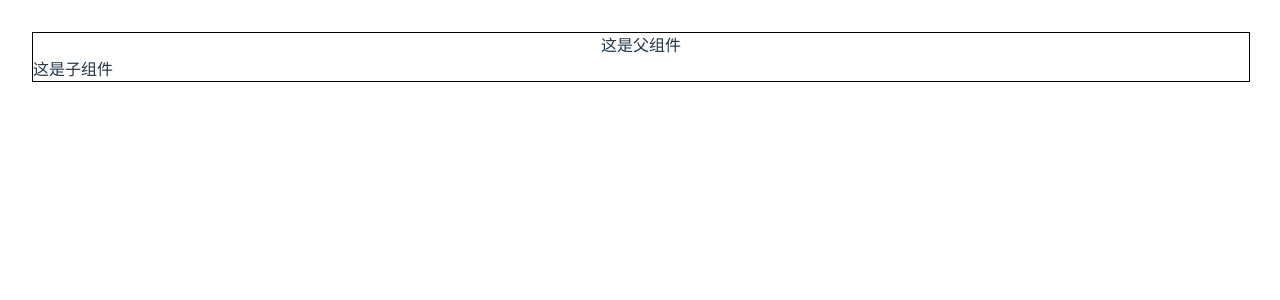
Repository: LeeypOR/management-system
Page: /
The author's editor kept a copy of each file at every save. The page is drawn from the files as they stood at one save, then again after the next save.
The browser window is 1280 px wide. The pictures show the whole page.
The project was rebuilt for these pictures with package versions that can differ from the ones it lists, and the page was loaded fresh each time. Also part of the build but not shown: vite.config.ts.

Above is the page before, as saved 2023-02-22 16:07:53.
Console error: SyntaxError: Cannot use import statement outside a module

### index.html
<!DOCTYPE html>
<html lang="en">
  <head>
    <meta charset="UTF-8" />
    <link rel="icon" type="image/svg+xml" href="/vite.svg" />
    <script text="module" charset="UTF-8" src="./src/three.js/Three.js"></script>
    <meta name="viewport" content="width=device-width, initial-scale=1.0" />
    <title>Vite + Vue + TS</title>
  </head>
  <body>
    <div id="app" style="width: 100%;height: 100%;"></div>
    <script type="module" src="/src/main.ts"></script>
  </body>
</html>

### src/main.ts
import { createApp } from 'vue'
import './style.css'
import App from './App.vue'





createApp(App).mount('#app')

### src/style.css
:root {
  font-family: Inter, Avenir, Helvetica, Arial, sans-serif;
  font-size: 16px;
  line-height: 24px;
  font-weight: 400;

  color-scheme: light dark;
  color: rgba(255, 255, 255, 0.87);
  background-color: #242424;

  font-synthesis: none;
  text-rendering: optimizeLegibility;
  -webkit-font-smoothing: antialiased;
  -moz-osx-font-smoothing: grayscale;
  -webkit-text-size-adjust: 100%;
}

a {
  font-weight: 500;
  color: #646cff;
  text-decoration: inherit;
}
a:hover {
  color: #535bf2;
}

body {
  margin: 0;
  display: flex;
  place-items: center;
  min-width: 320px;
  min-height: 100%;
}

h1 {
  font-size: 3.2em;
  line-height: 1.1;
}

button {
  border-radius: 8px;
  border: 1px solid transparent;
  padding: 0.6em 1.2em;
  font-size: 1em;
  font-weight: 500;
  font-family: inherit;
  background-color: #1a1a1a;
  cursor: pointer;
  transition: border-color 0.25s;
}
button:hover {
  border-color: #646cff;
}
button:focus,
button:focus-visible {
  outline: 4px auto -webkit-focus-ring-color;
}

.card {
  padding: 2em;
}

#app {
  max-width: 1280px;
  margin: 0 auto;
  padding: 2rem;
  text-align: center;
}

@media (prefers-color-scheme: light) {
  :root {
    color: #213547;
    background-color: #ffffff;
  }
  a:hover {
    color: #747bff;
  }
  button {
    background-color: #f9f9f9;
  }
}

### src/App.vue


<template>
  <!-- <div class="base" v-for="item in Arr" :key="item">
    {{item.name}}
  </div> -->
  <!-- <HelloWorld></HelloWorld> -->
  <!-- <Watch></Watch> -->
  <Index></Index>
</template>

<script setup lang="ts">
// This starter template is using Vue 3 <script setup> SFCs
// Check out https://vuejs.org/api/sfc-script-setup.html#script-setup
// import HelloWorld from './components/HelloWorld.vue'
// import Watch from './components/Watch.vue'
import Index from './pages/index.vue'

</script>

<style scoped>
body{
  width: 100%;
  height: 100%;
}
#app{
  width: 100%;
  height: 100%;
}
.logo {
  height: 6em;
  padding: 1.5em;
  will-change: filter;
}
.logo:hover {
  filter: drop-shadow(0 0 2em #646cffaa);
}
.logo.vue:hover {
  filter: drop-shadow(0 0 2em #42b883aa);
}
</style>

### src/pages/index.vue
<template>
  <div class="index">
    <header>
      这是父组件
    </header>
    <body>
      <Children1 :data="data"></Children1>
    </body>
  </div>
</template>


<script setup lang="ts">
import Children1 from '../components/Children1.vue'
import {reactive} from 'vue'

interface Tree {
  name:string,
  checked:boolean,
  children?:Tree[]
}

const data = reactive<Tree[]>([
  {
    name:'1',
    checked:false,
  },
  {
    name:'2',
    checked:false,
    children:[
      {
        name:'2.1',
        checked:false
      },
      {
        name:'2.2',
        checked:false
      },
    ]
  },
  {
    name:'3',
    checked:false,
    children:[
      {
        name:'3.1',
        checked:false
      },
      {
        name:'3.2',
        checked:false
      },
      {
        name:'3.3',
        checked:true
      },
    ]
  }
])
</script>

<style  scoped>
  .index{
    border: 1px solid #000;
    width: 100%;
    height: 100%;
  }
</style>

### src/components/Children1.vue
<template>
  <div class="children1">
    这是子组件
  </div>
</template>

<script setup lang="ts">
  name:"children1"
</script>

Loaded but not shown: src/three.js/Three.js (library)

After the next save:
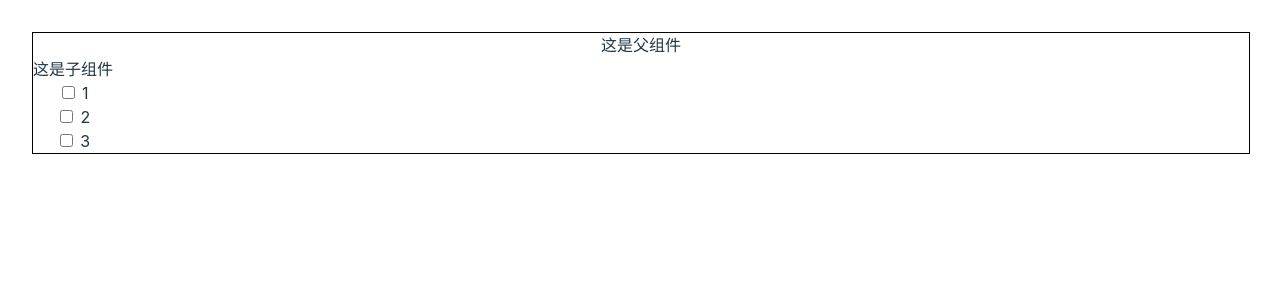
Saved 2 min 32 s later.
--- a/src/components/Children1.vue
+++ b/src/components/Children1.vue
@@ -1,9 +1,22 @@
 <template>
   <div class="children1">
     这是子组件
+    <div v-for="item in data">
+      <input type="checkbox" v-model="item.checked"> <span>{{ item.name }}</span>
+    </div>
   </div>
 </template>
 
 <script setup lang="ts">
-  name:"children1"
+import { reactive } from 'vue'
+
+interface Tree {
+  name: string,
+  checked: boolean,
+  children?: Tree[]
+}
+
+defineProps<{
+  data?:Tree[]
+}>()
 </script>
